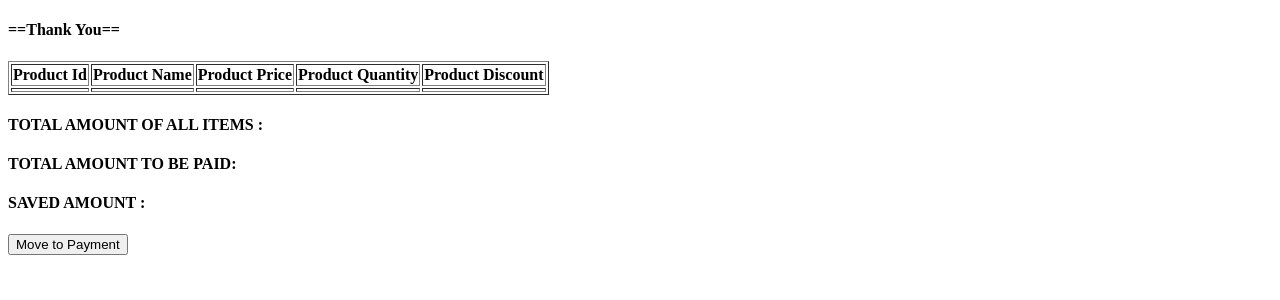
Repository: palakbari/Spring-MVC
Page: http://localhost/ShoppingSystem/display_bill.jsp
The author's editor kept a copy of each file at every save. The page is drawn from the files as they stood at one save, then again after the next save.
The browser window is 1280 px wide. The pictures show the whole page.
The page is served by Tomcat 9. Other server files are loaded and not shown. The template is opened directly, without the code that normally fills it, so the values that code supplies are empty.

Above is the page before, as saved 2024-06-25 14:19:05.

### ShoppingSystem/src/main/webapp/display_bill.jsp
<%@ page language="java" contentType="text/html; charset=ISO-8859-1"
    pageEncoding="ISO-8859-1"%>
<!DOCTYPE html>
<html>
<head>
<meta charset="ISO-8859-1">
<title>Bill</title>
</head>
<body>
	<h4>==Thank You==</h4>
        <table border = 1>
            <tr>
                <th>Product Id</th>
                <th>Product Name</th>
                <th>Product Price</th>
                <th>Product Quantity</th>
                <th>Product Discount</th>
            </tr>
            <c:forEach var="cart" items="${list}">
                <tr>
                    <td>${cart.pro_id}</td>
                    <td>${cart.pro_name}</td>
                    <td>${cart.pro_price}</td>
                    <td>${cart.pro_quantity}</td>
                    <td>${cart.pro_discount}</td>
                </tr>
            </c:forEach>
        </table>
	<h4>TOTAL AMOUNT OF ALL ITEMS :  ${Amount_list} </h4>
	<h4>TOTAL AMOUNT TO BE PAID:  ${Discount_list} </h4>
	<h4>SAVED AMOUNT :  ${Saved_list} </h4>

	<form action="payment">
		<input type="hidden" name="discount_amt" value="${Discount_list}"/>
		<input type="submit" value="Move to Payment"/>
	</form>

</body>
</html>

After the next save:
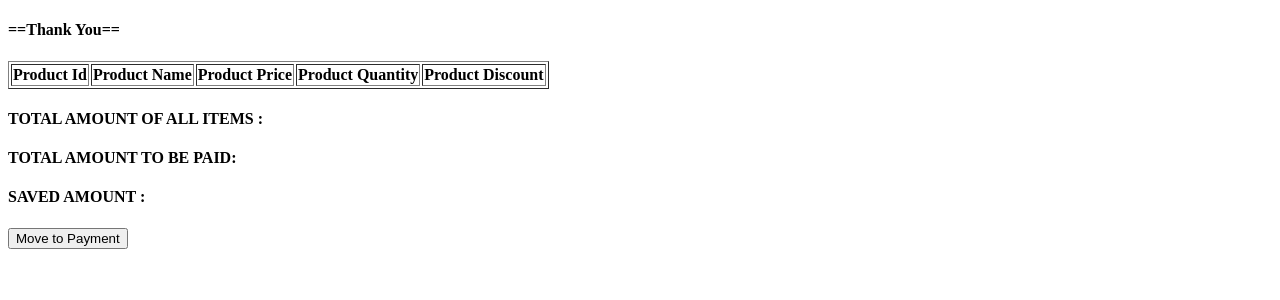
Saved 63 s later.
--- a/ShoppingSystem/src/main/webapp/display_bill.jsp
+++ b/ShoppingSystem/src/main/webapp/display_bill.jsp
@@ -1,5 +1,6 @@
 <%@ page language="java" contentType="text/html; charset=ISO-8859-1"
     pageEncoding="ISO-8859-1"%>
+<%@ taglib uri="http://java.sun.com/jsp/jstl/core" prefix="c"%>
 <!DOCTYPE html>
 <html>
 <head>
